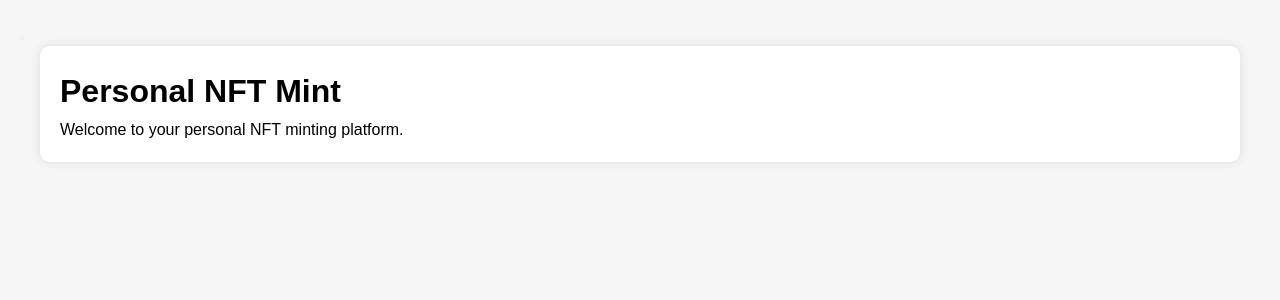
Repository: Ch3fC0d3/-MACT6340
Page: index.html
An editor plug-in stored every save of this project. The page is shown before and after a run of saves, followed by the edit.
The browser window is 1280 px wide. The pictures show the whole page.

Above is the page before, as saved 2025-01-15 09:56:43.

### index.html
<!DOCTYPE html>
<html>
<head>
    <meta charset="UTF-8">
    <meta http-equiv="content-type" content="text/html; charset=utf-8" />
    <meta name="viewport" content="width=device-width, initial-scale=1.0">
    <link rel="icon" type="image/x-icon" href="./images/favicon.ico">
    <title>Personal NFT Mint</title>
    <meta name="author" content="David G. Smith">
    <meta name="description" content="A personal NFT mint for an artist.">
    <link rel="stylesheet" href="./CSS/style.css">
</head>
<body>
    <button id="TestButton"<Click Mutton>
    <script type="module" src="./js/index.js"></script>
</body>
</html>

### CSS/style.css
* {
    margin: 0;
    padding: 0;
    box-sizing: border-box;
}

body {
    font-family: Arial, sans-serif;
    line-height: 1.6;
    padding: 20px;
    background-color: #f5f5f5;
}

.container {
    max-width: 1200px;
    margin: 0 auto;
    padding: 20px;
    background-color: white;
    border-radius: 10px;
    box-shadow: 0 0 10px rgba(0,0,0,0.1);
}

### js/index.js
// Main application logic
document.addEventListener('DOMContentLoaded', () => {
    const app = document.createElement('div');
    app.className = 'container';

    const header = document.createElement('h1');
    header.textContent = 'Personal NFT Mint';

    const description = document.createElement('p');
    description.textContent = 'Welcome to your personal NFT minting platform.';

    app.appendChild(header);
    app.appendChild(description);
    document.body.appendChild(app);
});

After the next 2 saves:
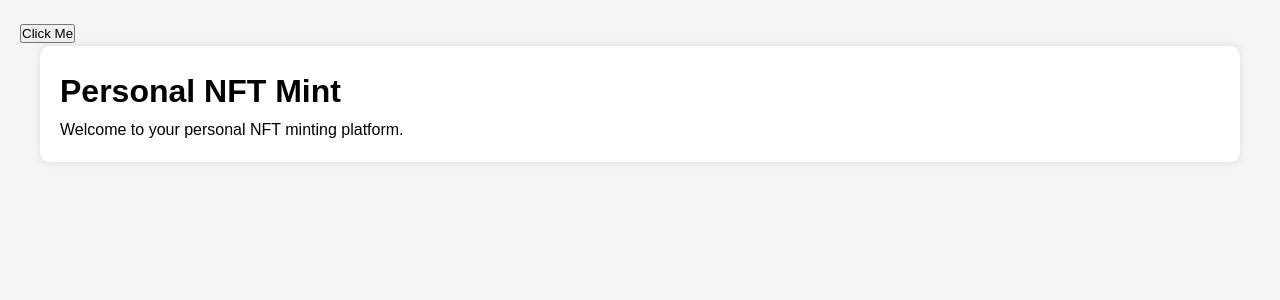
The 2 saves are shown as one change because they came seconds apart.
The last was saved 5 s later.
--- a/index.html
+++ b/index.html
@@ -11,7 +11,7 @@
     <link rel="stylesheet" href="./CSS/style.css">
 </head>
 <body>
-    <button id="TestButton"<Click Mutton>
+    <button id="TestButton"<Click Me>Click Me</button>
     <script type="module" src="./js/index.js"></script>
 </body>
 </html>

After the save that followed:
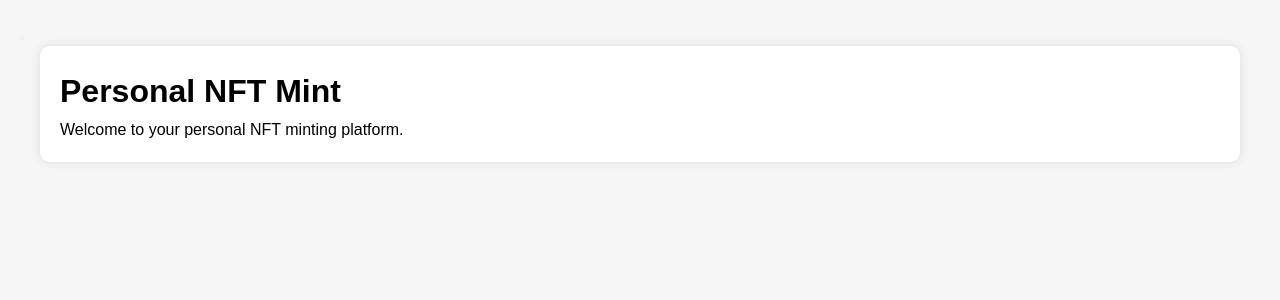
Saved 4 s later.
--- a/index.html
+++ b/index.html
@@ -11,7 +11,7 @@
     <link rel="stylesheet" href="./CSS/style.css">
 </head>
 <body>
-    <button id="TestButton"<Click Me>Click Me</button>
+    <button id="TestButton"<Click Metton>
     <script type="module" src="./js/index.js"></script>
 </body>
 </html>
